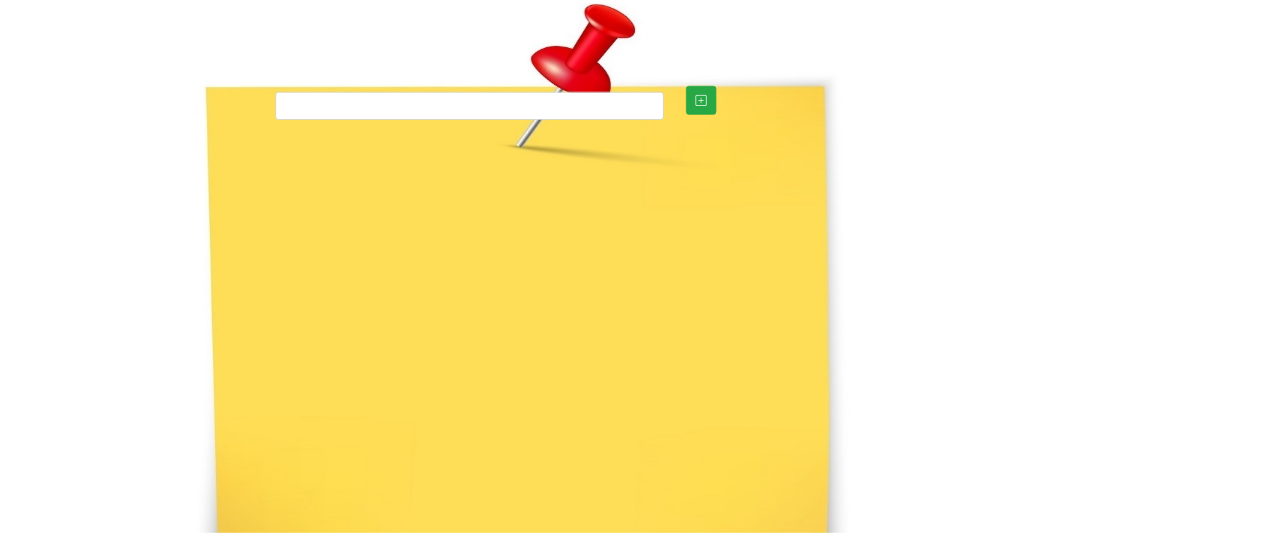
Repository: walaaElbasha/Todo-list-laravel
Page: http://localhost/tasks
An editor plug-in stored every save of this project. The page is shown before and after the next save, followed by the edit.
The browser window is 1280 px wide. The page is 1280 px wide, then 1740 px, so the pictures cover 1740 px, including what lies to the right of the window. The pictures show the whole page, at 74% of full size.
The page is served by the project's Laravel application, run on PHP 8.4 with Laravel 8. Other server files are loaded and not shown. Style sheets and scripts are compiled from the project's sources, by tool versions that may differ from the author's. Queries for data that is not in the repository find no rows.

Above is the page before, as saved 2021-07-01 14:58:05.

### routes/web.php
<?php

use Illuminate\Support\Facades\Route;
use App\Http\Controllers\TaskController;
/*
|--------------------------------------------------------------------------
| Web Routes
|--------------------------------------------------------------------------
|
| Here is where you can register web routes for your application. These
| routes are loaded by the RouteServiceProvider within a group which
| contains the "web" middleware group. Now create something great!
|
*/

Route::get('/', function () {
    return view('welcome');
});

Route::get('/tasks', [TaskController::class, 'index'])->name('tasks.index');
Route::post('/tasks', [TaskController::class, 'store'])->name('tasks.store');
Route::get('/tasks/{task}/edit', [TaskController::class, 'edit'])->name('tasks.edit');
Route::put('/tasks/{task}', [TaskController::class, 'update'])->name('tasks.update');
Route::delete('/tasks/{task}', [TaskController::class, 'destroy'])->name('tasks.destroy');

### app/Http/Controllers/TaskController.php
<?php

namespace App\Http\Controllers;
use Illuminate\Http\Request;
use App\Http\Requests\TaskRequest;
use App\Models\Task;


class TaskController extends Controller

{

    public function index()
    {
        $allTasks = Task::paginate(4);

        return view('tasks.index', [
            'allTasks' => $allTasks
        ]);
    }

    public function edit($taskId)
    {
        $task = Task::find($taskId);
        return view('tasks.edit', [
            'task' => $task,
        ]);
    }
    public function update($taskId, TaskRequest $request)
    {


        // $requestData = $request->all();

        // $task = Task::find($taskId);
        // $task->update($requestData);
        // $task->save();

        $requestData = $request->all();
        $task = Task::find($taskId);
        $task->update($requestData);
        $task->save();
        return redirect()->route('tasks.index')->with('success', "TODO updated successfully!");
    }

    public function destroy($taskId)
    {

        $task = Task::findorfail($taskId);

        $task->delete();
        return redirect()->route('tasks.index');
    }



    public function store(TaskRequest $request)
    {

        // $requestData = $request->all();
        // Task::create($requestData);

        $task = new Task;
        $task->name = $request->name;
        $task->save();
        return redirect()->route('tasks.index');
    }

}

### resources/views/tasks/index.blade.php
@extends('layouts.app')

@section('content')

<!-- Bootstrap Boilerplate... -->
<div>

    <div class="container" style="margin:100px">

        <!-- Display Validation Errors -->
        <table>
            <ul >
                @foreach($allTasks as $task)


                <tr>
                    <td style="width:600px">
                        <div style="display:flex">
                            <!-- <div style="justify-content:flex-start"> -->
                            <li>
                                {{ $task->name}}

                            </li>
                    </td>
                    <td>
                        <!-- </div> -->
                        <div style="justify-content:flex-end">

                            <a href="{{ route('tasks.edit',['task' => $task['id']]) }}" class="btn btn-secondary" style="margin-bottom: 20px;"><i class="bi bi-pencil-square"></i>


                            </a>

                            <form style="display:inline" method="POST" action="{{route('tasks.destroy',['task' => $task['id']])}}">
                                @csrf
                                @method('DELETE')
                                <button onclick="return confirm('Are you sure?')" class="btn btn-danger" type="submit" style="margin-bottom: 20px;"><i class="bi bi-trash-fill"></i></button>
                            </form>
                        </div>
    </div>
    <br>
    </td>

    </tr>


    @endforeach
    </ul>
    </table>
    <!-- New Task Form -->
    <form action="{{ route('tasks.store') }}" method="POST" class="form-horizontal">
        @csrf

        <!-- Task Name -->
        <div class="form-group">
            <div class="text-center" style="display:flex; justify-content:center; align-items:center">
                {{$allTasks->links("pagination::bootstrap-4")}}

            </div>

            @if($errors->any())
            <div class="alert alert-danger">
                <ul>
                    @foreach ($errors->all() as $error)
                    <li>{{ $error }}</li>
                    @endforeach
                </ul>
            </div>
            @endif
            <div style="display:flex; justify-content:center; align-items:center">
                <div class="col-sm-6">
                    <input type="text" name="name" id="name" class="form-control">
                </div>

                <div class="form-group">
                    <div class="col-sm-offset-3 col-sm-6">
                        <button type="submit" class="btn btn-success">
                            <span style="font-size:15px"><i class="bi bi-plus-square"></i> </span>
                        </button>
                    </div>
                </div>
            </div>
        </div>
    </form>
</div>
</div>



<!-- TODO: Current Tasks -->
@endsection

### resources/views/layouts/app.blade.php
<!DOCTYPE html>
<html lang="en">

<head>
    <meta charset="utf-8">
    <meta name="viewport" content="width=device-width, initial-scale=1">

    <!-- CSRF Token -->
    <meta name="csrf-token" content="{{ csrf_token() }}">

    <title>{{ config('app.name', 'All Tasks') }}</title>

    <!-- Scripts -->
    <script src="{{ asset('js/app.js') }}" defer></script>

    <!-- Fonts -->
    <link rel="dns-prefetch" href="//fonts.gstatic.com">
    <link href="https://fonts.googleapis.com/css?family=Nunito" rel="stylesheet">

    <!-- Styles -->
    <link href="{{ asset('css/app.css') }}" rel="stylesheet">
    <link rel="stylesheet" href="https://cdn.jsdelivr.net/npm/bootstrap@4.6.0/dist/css/bootstrap.min.css" integrity="sha384-B0vP5xmATw1+K9KRQjQERJvTumQW0nPEzvF6L/Z6nronJ3oUOFUFpCjEUQouq2+l" crossorigin="anonymous">
    <link rel="stylesheet" href="path/to/font-awesome/css/font-awesome.min.css">
    <link rel="stylesheet" href="https://cdn.jsdelivr.net/npm/bootstrap-icons@1.5.0/font/bootstrap-icons.css">
</head>


<body style="background-image: url('sticky.jpg')  ; background-repeat: no-repeat;
  background-size: 1400px 950px;">
    <div class="container">
        <nav class="navbar navbar-default">
            <!-- Navbar Contents -->
        </nav>
    </div>

    @yield('content')

</body>

</html>

Loaded but not shown: app/Http/Controllers/Controller.php (common file); app/Models/Task.php (common file); resources/sass/app.scss (common file); resources/sass/_variables.scss (common file)

After the next save:
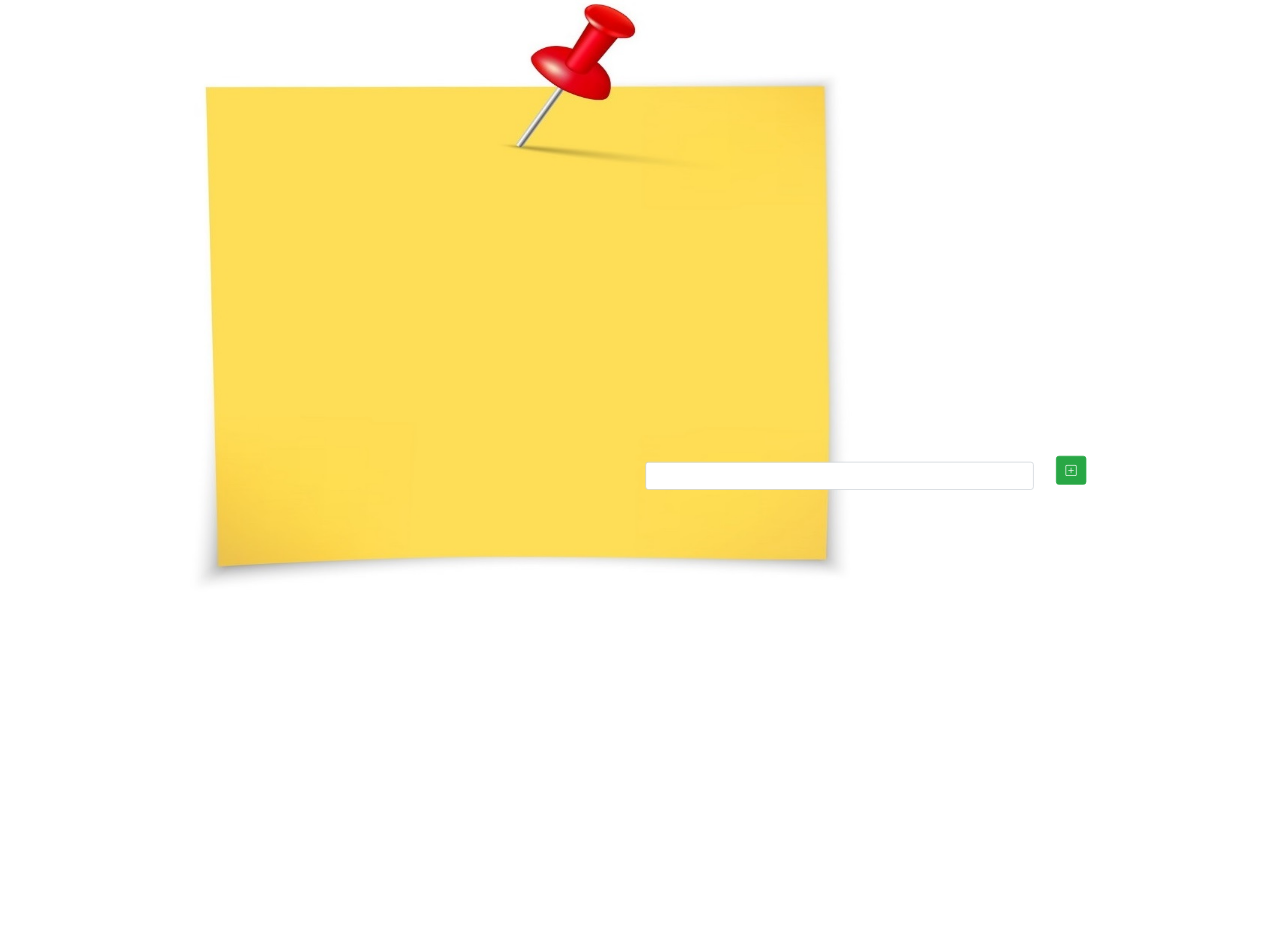
Saved 12 s later.
--- a/resources/views/tasks/index.blade.php
+++ b/resources/views/tasks/index.blade.php
@@ -5,7 +5,7 @@
 <!-- Bootstrap Boilerplate... -->
 <div>
 
-    <div class="container" style="margin:100px">
+    <div class="container" style="margin:600px">
 
         <!-- Display Validation Errors -->
         <table>
